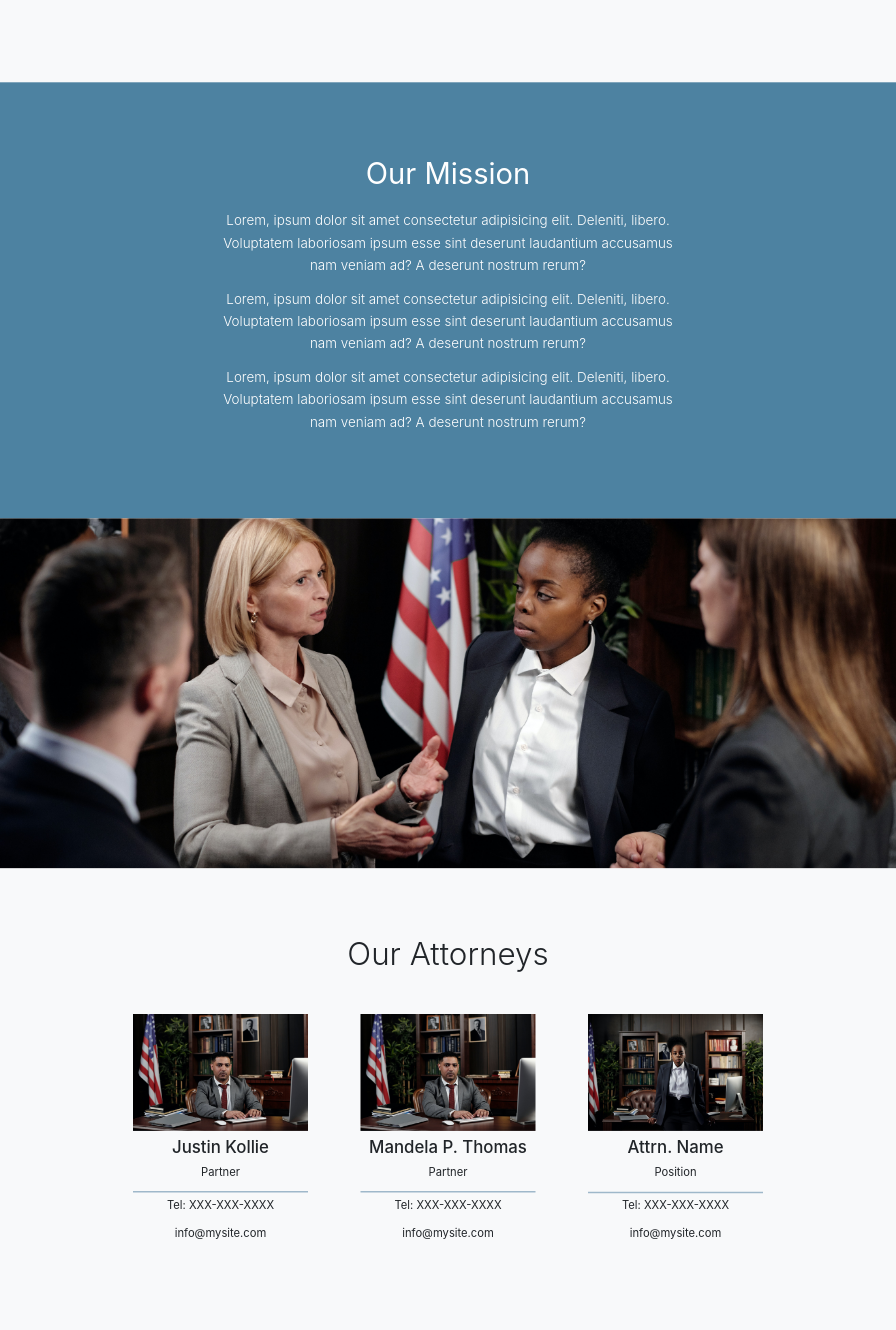
Repository: just-mann/kolllie-kolliellp
Page: index.html
These files come from the project's save history. The page is drawn as it stood at one moment and after the next save; the edit follows.
The browser window is 1280 px wide. The pictures show the part of the page from y = 1332 to 3232 px (the page is 4556 px tall), at 70% of full size.
Pictures or frames that could not be fetched are drawn as grey boxes. Backgrounds fixed to the window are drawn as part of the page.

Above is the page before, as saved 2021-06-02 05:38:51.

After the next save:
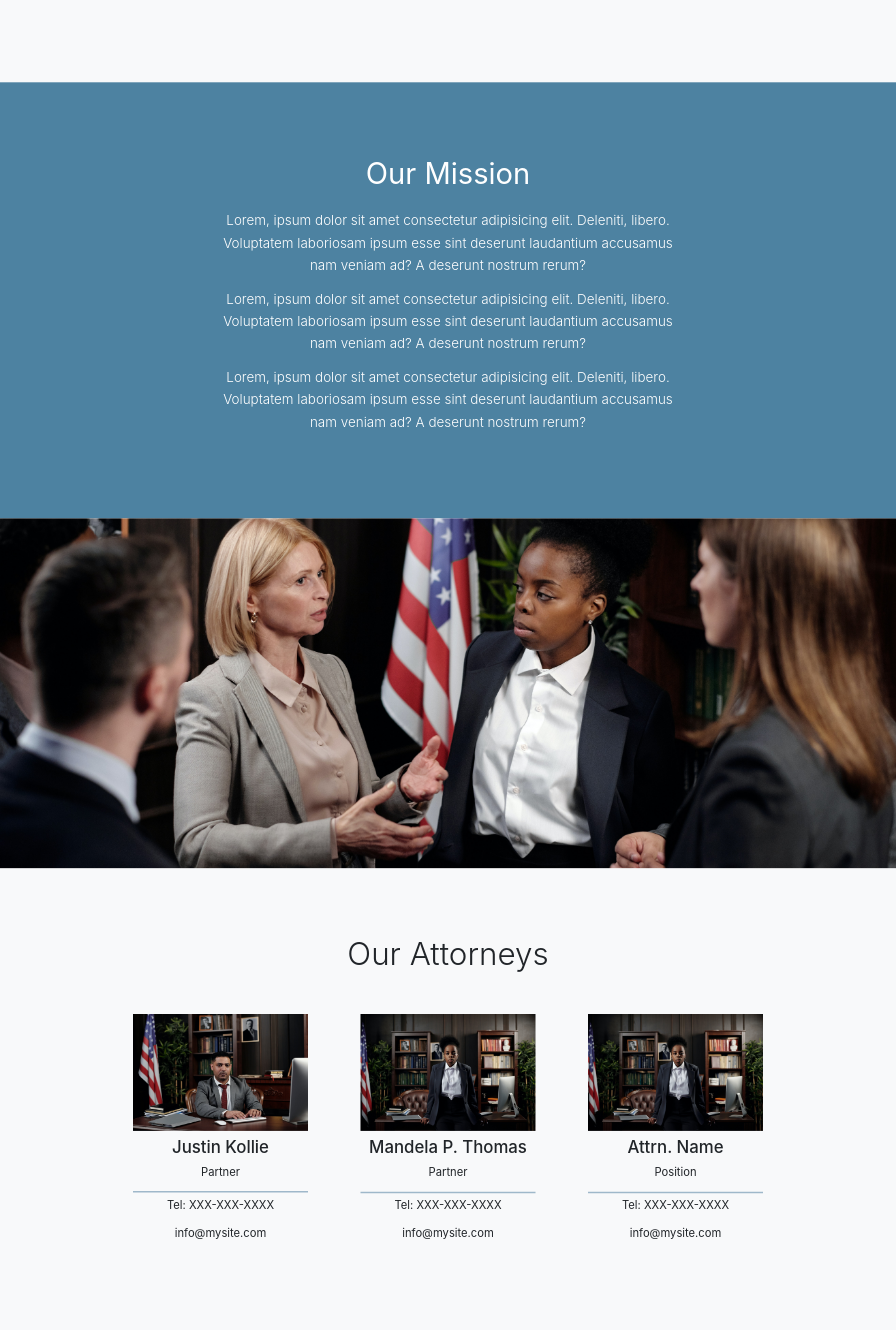
Saved 25 s later.
--- a/index.html
+++ b/index.html
@@ -97,7 +97,7 @@
                     </div>
                 </div>
                 <div class="attCard">
-                    <img src="./assets/images/attrny1.jpg" alt="att1">
+                    <img src="./assets/images/attrny2.jpg" alt="att1">
                     <div class="firstDiv">
                         <h4>Mandela P. Thomas</h4>
                         <p>Partner</p>
